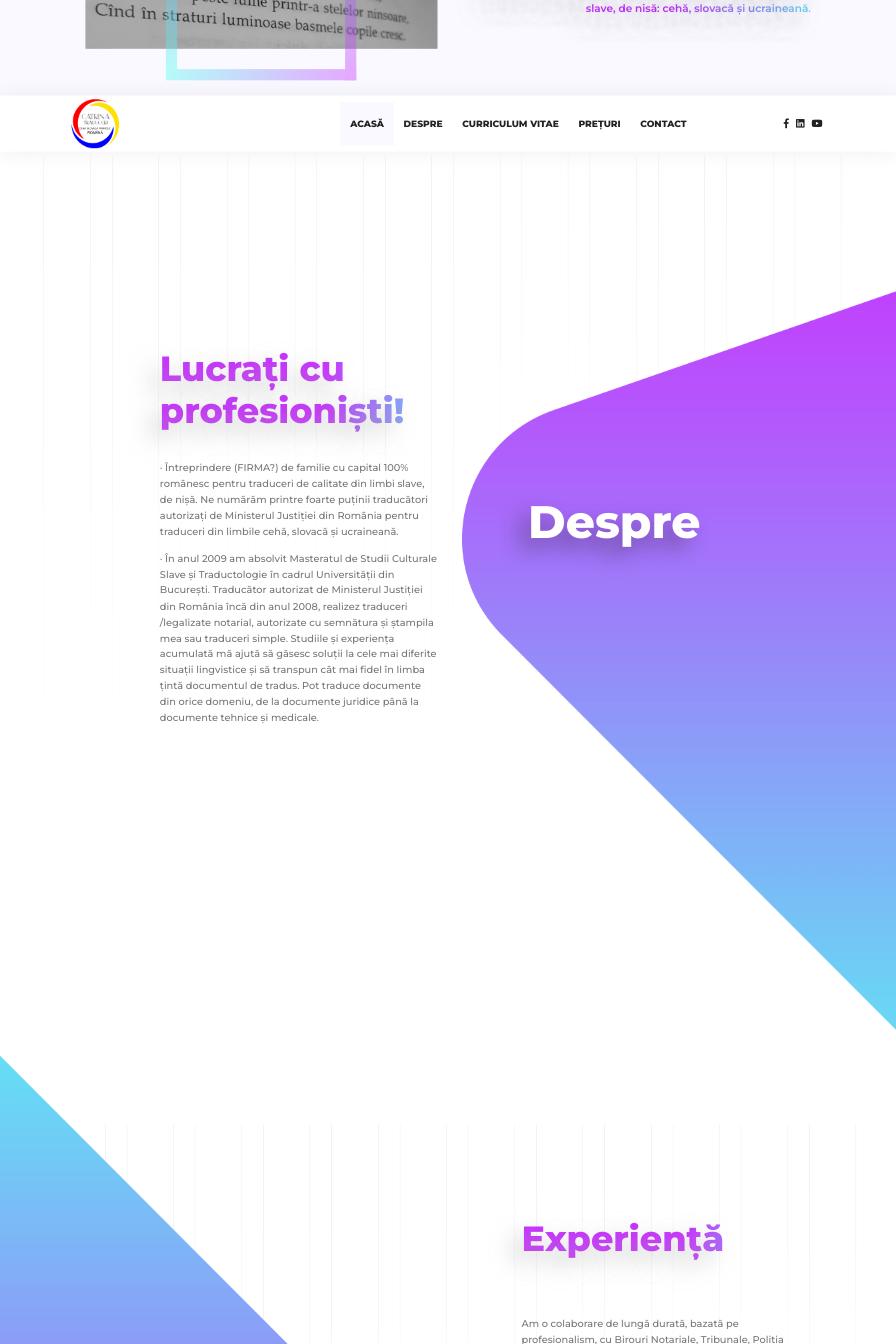
Repository: roscaImarius/site_traduceri
Page: index.html
An editor plug-in stored every save of this project. The page is shown before and after the next save, followed by the edit.
The browser window is 1280 px wide. The pictures show the part of the page from y = 474 to 2394 px (the page is 7580 px tall), at 70% of full size.

Above is the page before, as saved 2022-03-17 14:50:21.

After the next save:
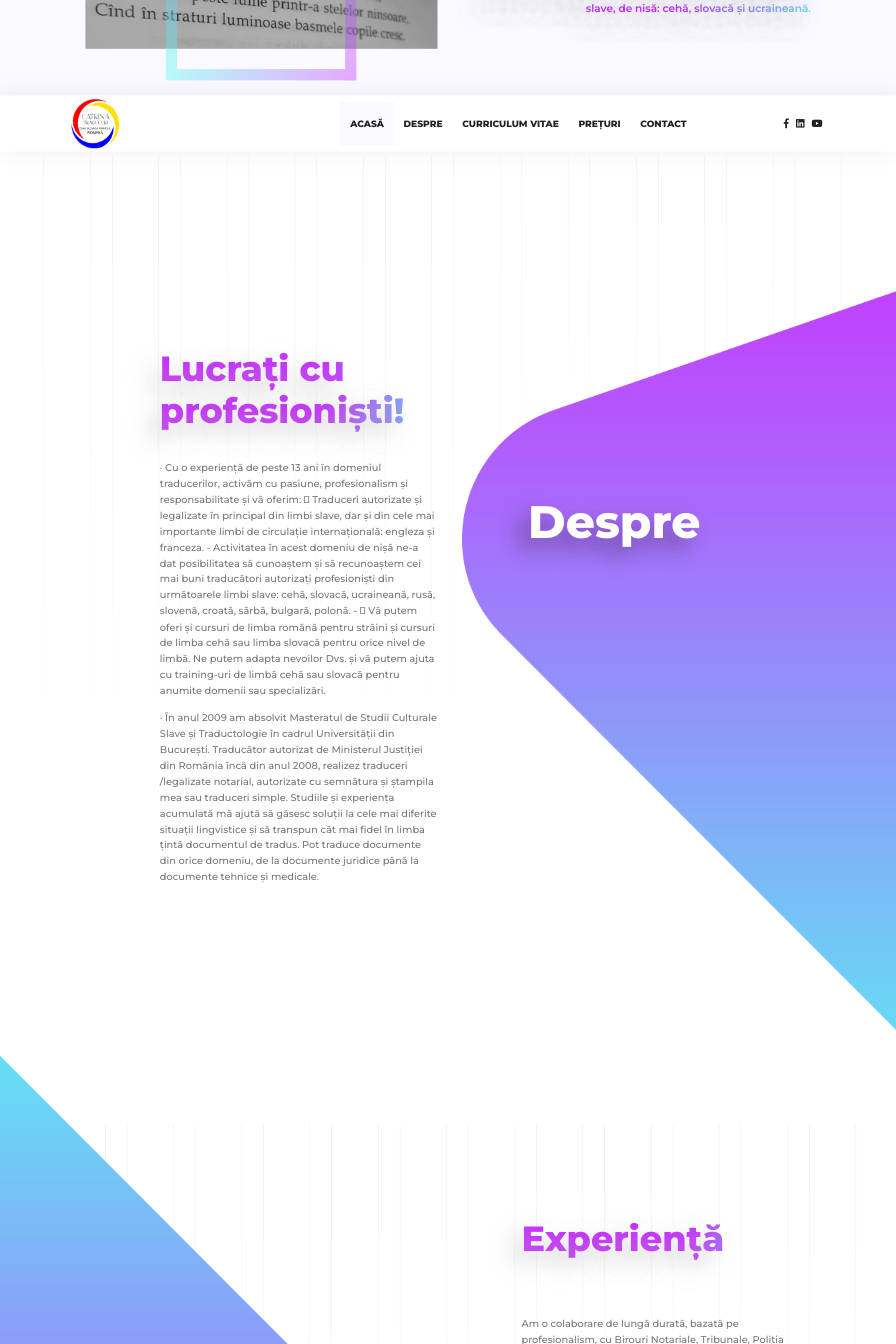
Saved 3 min 23 s later.
--- a/index.html
+++ b/index.html
@@ -134,11 +134,19 @@
           <div class="offset-lg-2 col-lg-4 col-md-12">
             <h2 class="heading mb-40">Lucrați cu profesioniști!</h2>
             <p>
-              &middot; Întreprindere (FIRMA?) de familie cu capital 100%
-              românesc pentru traduceri de calitate din limbi slave, de nișă. Ne
-              numărăm printre foarte puținii traducători autorizați de
-              Ministerul Justiției din România pentru traduceri din limbile
-              cehă, slovacă și ucraineană.
+              &middot; Cu o experiență de peste 13 ani în domeniul traducerilor,
+              activăm cu pasiune, profesionalism și responsabilitate și vă
+              oferim:  Traduceri autorizate și legalizate în principal din
+              limbi slave, dar și din cele mai importante limbi de circulație
+              internațională: engleza și franceza. - Activitatea în acest
+              domeniu de nișă ne-a dat posibilitatea să cunoaștem și să
+              recunoaștem cei mai buni traducători autorizați profesioniști din
+              următoarele limbi slave: cehă, slovacă, ucraineană, rusă, slovenă,
+              croată, sârbă, bulgară, polonă. -  Vă putem oferi și cursuri de
+              limba română pentru străini și cursuri de limba cehă sau limba
+              slovacă pentru orice nivel de limbă. Ne putem adapta nevoilor Dvs.
+              și vă putem ajuta cu training-uri de limbă cehă sau slovacă pentru
+              anumite domenii sau specializări.
             </p>
             <p class="mb-50">
               &middot; În anul 2009 am absolvit Masteratul de Studii Culturale
